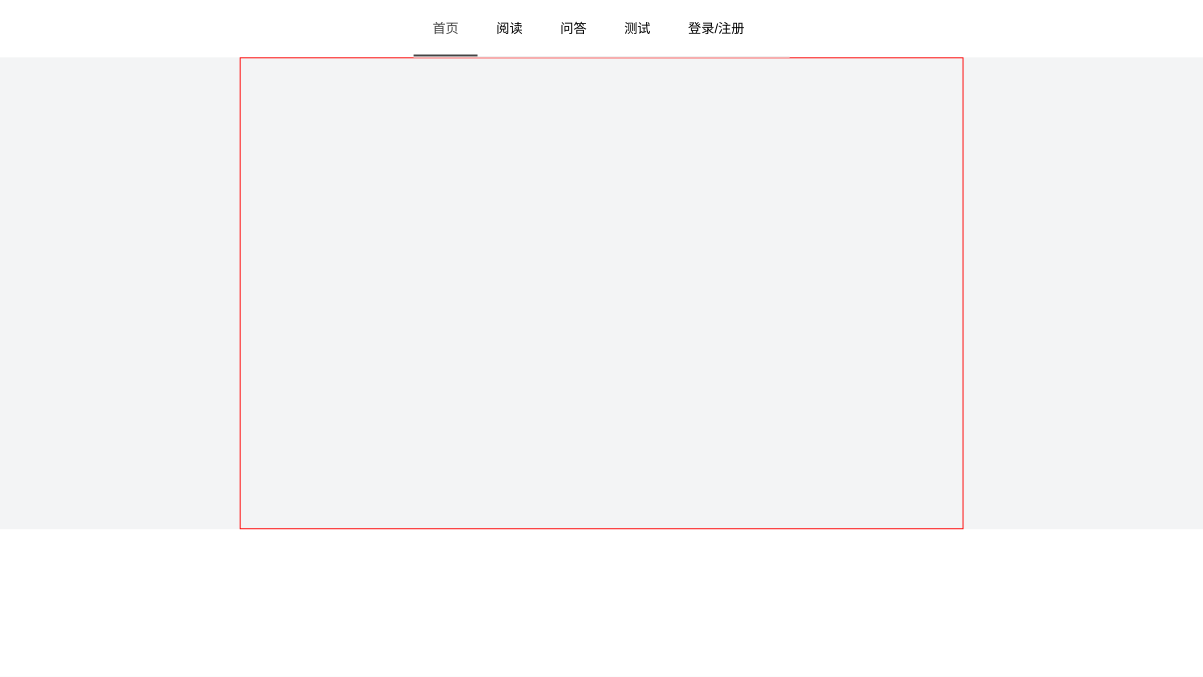
Repository: shengligo/xyx_vue_v1
Page: /qs
The author's editor kept a copy of each file at every save. The page is drawn from the files as they stood at one save, then again after the next save.
The browser window is 1280 px wide. The pictures show the whole page, at 94% of full size.
The project was rebuilt for these pictures with package versions that can differ from the ones it lists, and the page was loaded fresh each time. Also part of the build but not shown: vue.config.js, src/views/home/childComps/Art.vue, src/views/author/authors.vue.

Above is the page before, as saved 2021-09-04 15:51:18.

After the next save:
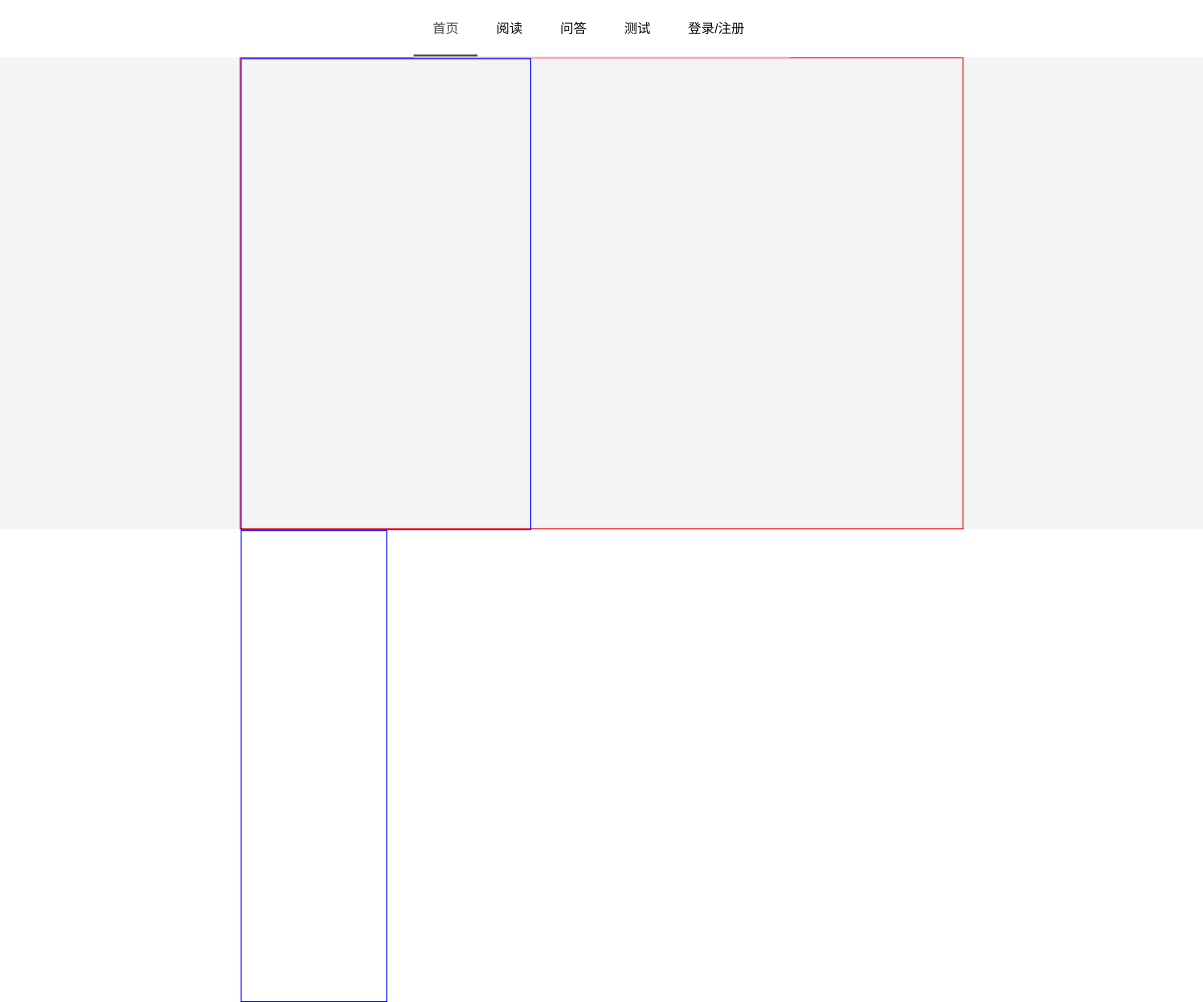
Saved 2 min 1 s later.
--- a/src/views/questions/Question.vue
+++ b/src/views/questions/Question.vue
@@ -1,6 +1,13 @@
 <template>
   <div id="question">
-    <div class="bodyCenter"></div>
+    <div class="bodyCenter">
+      <div class="bodyright">
+
+      </div>
+      <div class="bodyleft">
+
+      </div>
+    </div>
   </div>
 </template>
 
@@ -23,4 +30,15 @@ export default {
   margin: 0 auto;
   border: 1px solid red;
 }
+.bodyright {
+  border: 1px solid blue;
+  width: 40%;
+  height: 500px;
+
+}
+.bodyleft {
+  border: 1px solid blue;
+  width: 20%;
+  height: 500px;
+}
 </style>
